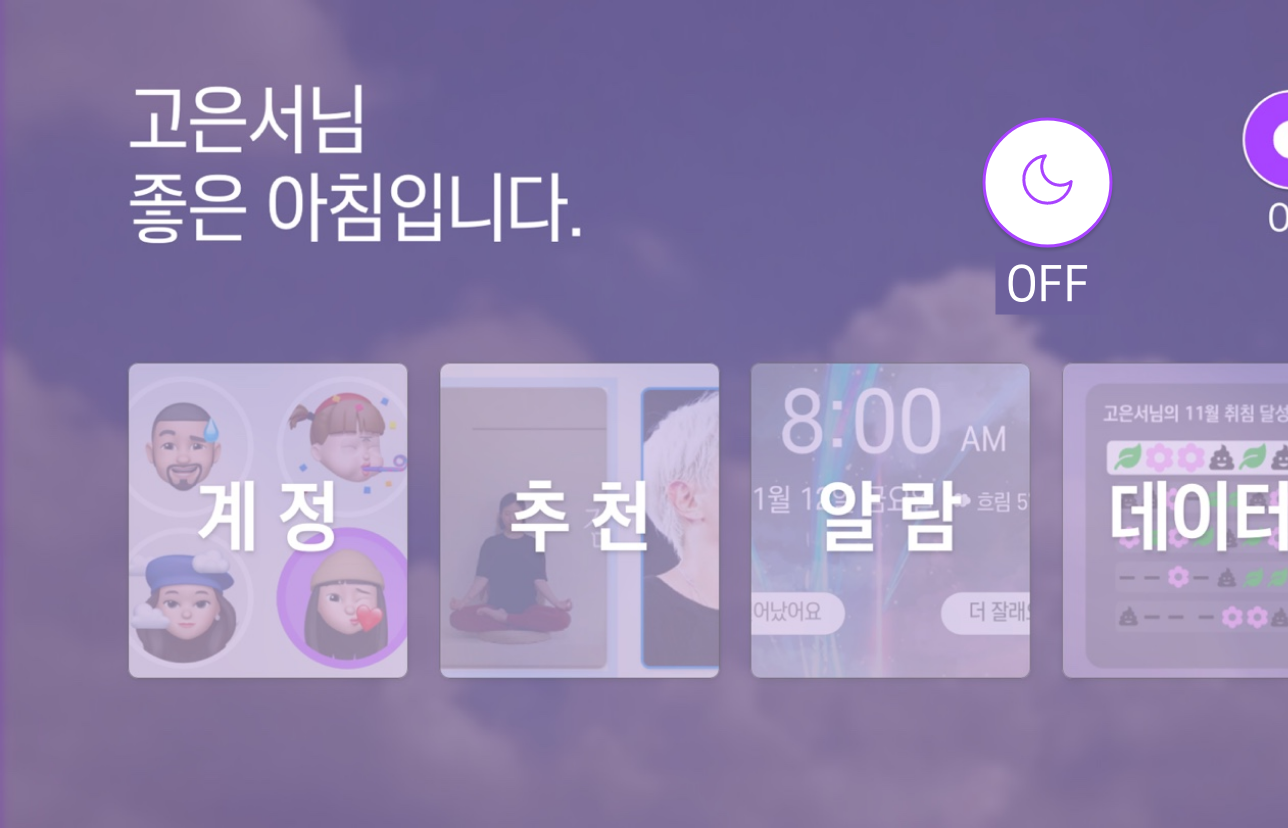
Repository: meanz1/SE_SleepWithMe
Page: SmartTVWorkspace/testapp/button.html
The author's editor kept a copy of each file at every save. The page is drawn from the files as they stood at one save, then again after the next save.
The browser window is 1280 px wide. The page is 1288 px wide, so the pictures cover 1288 px, including what lies to the right of the window. The pictures show the whole page.

Above is the page before, as saved 2021-11-18 07:51:21.

After the next save:
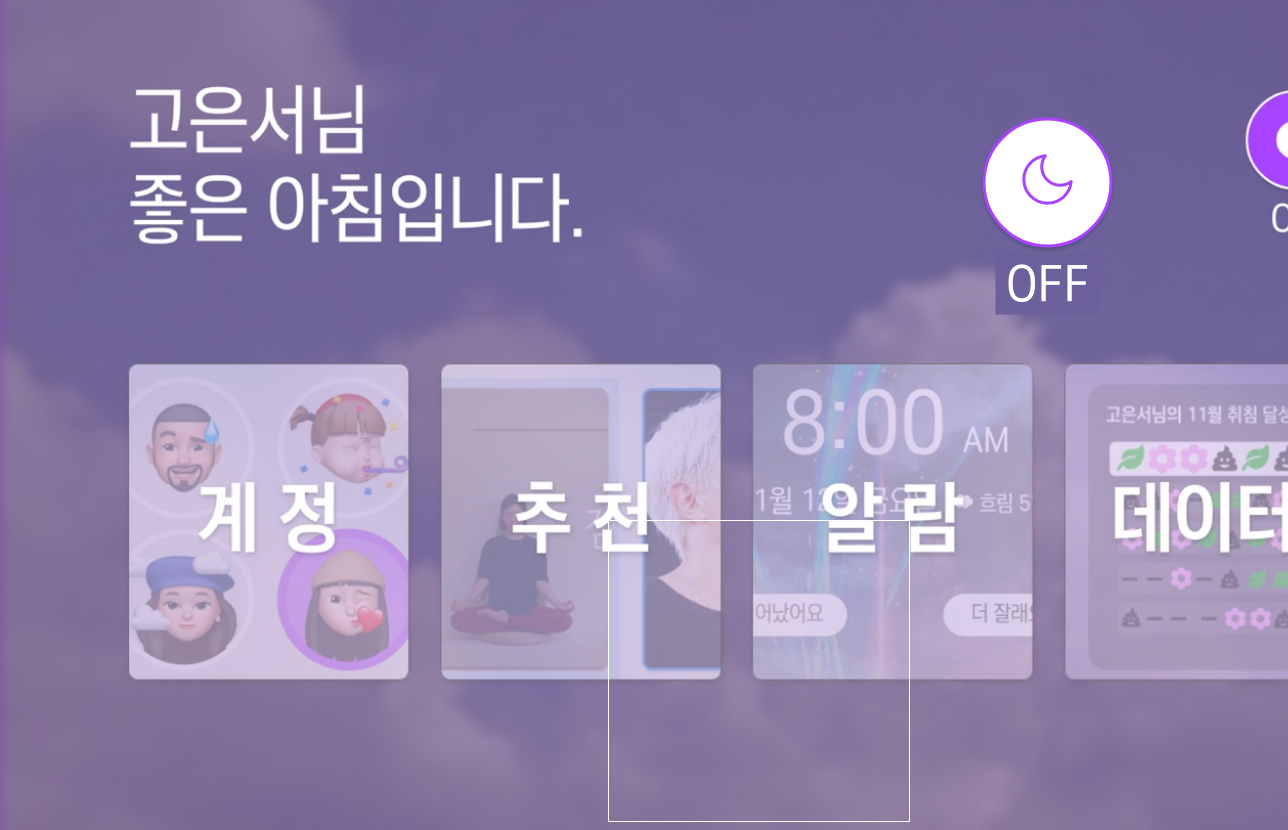
Saved 15 s later.
--- a/SmartTVWorkspace/testapp/button.html
+++ b/SmartTVWorkspace/testapp/button.html
@@ -25,7 +25,7 @@
     #cursor {
     	width: 300px;
     	height: 300px;
-
+    	border: 1px solid white;
     	margin-left: 600px;
     	margin-top: 520px;
     }
